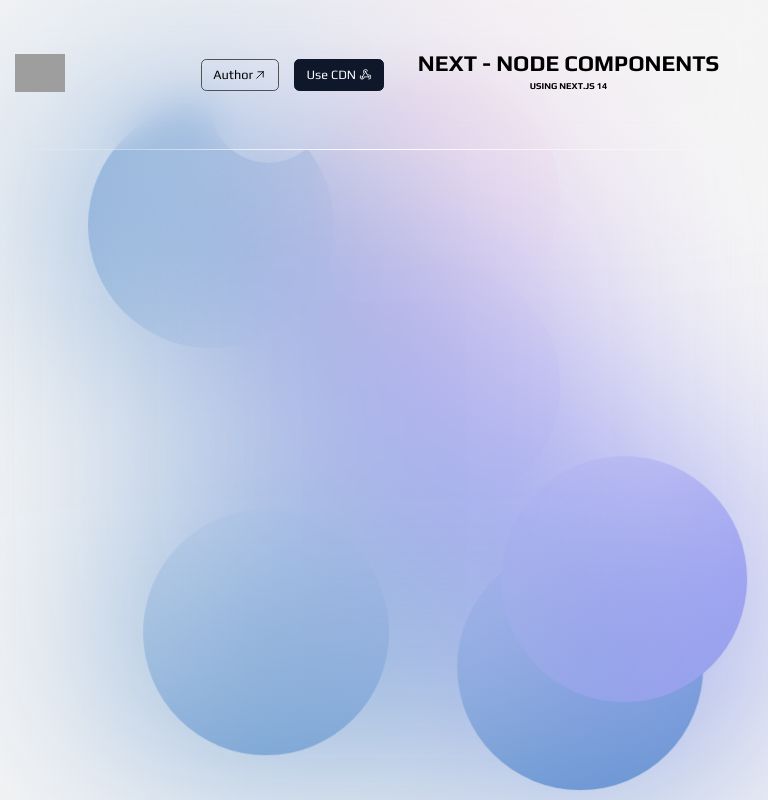
Repository: keval-gohil/komponents
Page: /
These files come from the project's save history. The page is drawn as it stood at one moment and after the next save; the edit follows.
The browser window is 768 px wide. The pictures show the whole page.
Pictures or frames that could not be fetched are drawn as grey boxes. Some web fonts or font styles are not loaded; a fallback is used. The project was rebuilt for these pictures with package versions that can differ from the ones it lists, and the page was loaded fresh each time. The framework's server and built-in components were replaced by stand-ins that run in the browser. Also part of the build but not shown: next.config.mjs.

Above is the page before, as saved 2024-03-07 19:19:31.

After the next save:
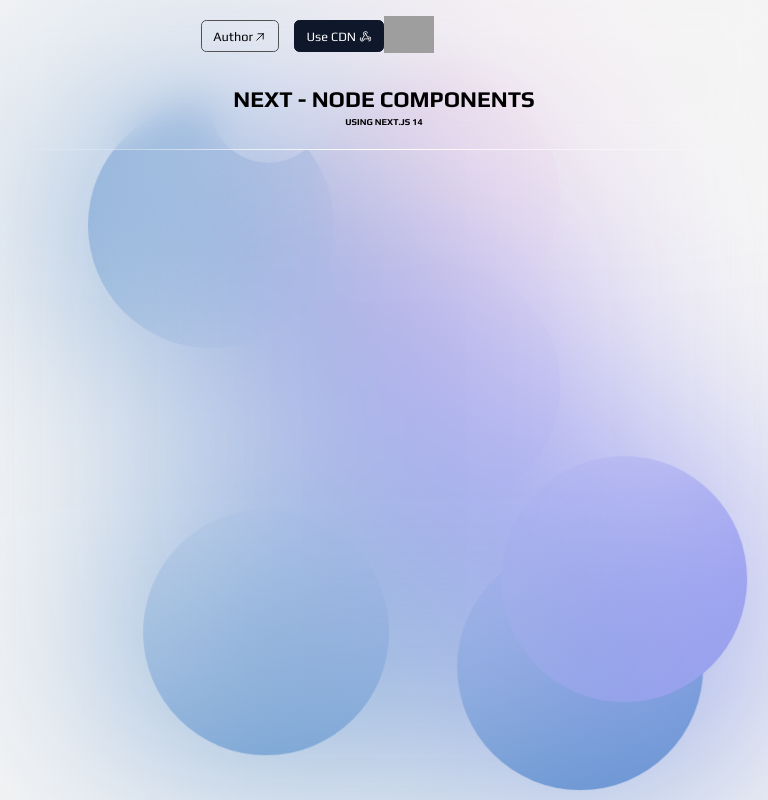
Saved 31 s later.
--- a/components/reuse/styles/responsive.css
+++ b/components/reuse/styles/responsive.css
@@ -1,10 +1,9 @@
 @media (max-width: 900px) {
 	nav{
         height: 20rem;
-        width: 100%;
         display: flex;
-        /* flex-direction: column; */
-        /* justify-content: space-between; */
+        flex-wrap: wrap;
+        justify-content: space-between;
         align-items: center;
     }
     nav h1{
@@ -30,6 +29,5 @@
         display: flex;
         justify-content: end;
         gap: 2rem;
-        order: 1;
     }
   }
